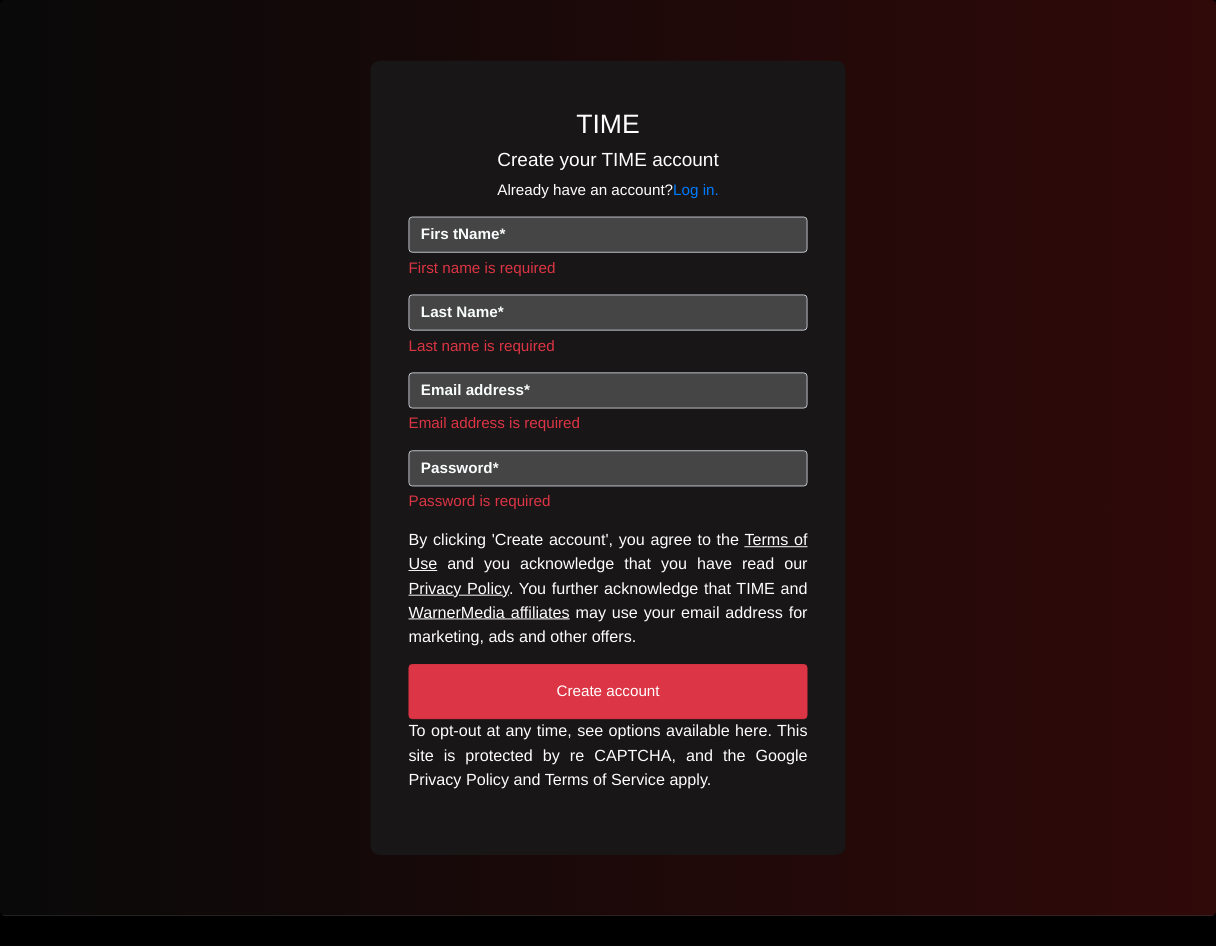
Repository: Vu14082002/WebTinTuc
Page: html/SignUp.html
An editor plug-in stored every save of this project. The page is shown before and after a run of saves, followed by the edit.
The browser window is 1280 px wide. The pictures show the whole page, at 95% of full size.
Some web libraries are served in a nearby version.

Above is the page before, as saved 2022-04-09 14:20:49.

### html/SignUp.html
<!DOCTYPE html>
<html lang="en">
<head>
    <meta charset="UTF-8">
    <meta http-equiv="X-UA-Compatible" content="IE=edge">
    <meta name="viewport" content="width=device-width, initial-scale=1.0">
    <title>Create a TIME account | TIME</title>
    <link
    rel="stylesheet"
    href="https://pro.fontawesome.com/releases/v5.10.0/css/all.css"
    integrity="sha384-AYmEC3Yw5cVb3ZcuHtOA93w35dYTsvhLPVnYs9eStHfGJvOvKxVfELGroGkvsg+p"
    crossorigin="anonymous"
  />
    <script src="../bootstrap-4/js/jquery-3.6.0.min.js"></script>
    <script src="../bootstrap-4/js/bootstrap.min.js"></script>
    <link rel="stylesheet" href="../bootstrap-4/css/bootstrap.min.css">
    <link rel="stylesheet" href="../css/index_Footer.css">
    <link rel="stylesheet" href="../css/init.css">
    <link rel="stylesheet" href="../css/index_Header.css">
    <link rel="stylesheet" href="../css/login.css">
    <link rel="stylesheet" href="../css/login.css">
    <link rel="icon" href="../Image/logo.png" type="image/gif" sizes="16x16">
</head>
<body>
    <div class="container-fluid jumbotron">
        <div class="box text-center">
            <h3>TIME</h3>
            <h5>Create your TIME account</h5>
            <p>Already have an account?<a href="../html/login.html">Log in.</a></p>
            <div class="form-group ">
                <input type="text" id="FirstName" placeholder="Firs tName*  " class="form-control  text-light "  required >
                <p class="text-left mt-1">
                    <span id="checkEmail"  class="checkLogin text-left text-right mb-2 text-danger" >First name is required</span>
                </p>
                <input type="text" id="LasttName" placeholder="Last Name* " class="form-control  text-light "  required >
                <p class="text-left mt-1">
                    <span id="checkEmail"  class="checkLogin text-left text-right mb-2 text-danger" >Last name is required</span>
                </p>
                <input type="text" id="email" placeholder="Email address* " onchange="checkPass()" class="form-control  text-light "  required >
                <p class="text-left mt-1">
                    <span id="checkEmail"  class="checkLogin text-left text-right mb-2 text-danger" >Email address is required <span>
                </p>
                <input type="password" id="pass"  placeholder="Password*" class="form-control text-light"  required>
                <p class="text-left mt-1">
                    <span id="checkEmail"  class="checkLogin text-left text-right mb-2 text-danger" >Password is required <span>
                </p>
                <p class=" text-justify">
                    By clicking 'Create account', you agree to the <a  class="theA" href="../html/TermsOfuse.html">Terms of Use</a> and you acknowledge that you have read our
                    <a  class="theA" href="https://www.warnermediaprivacy.com/policycenter/b2c/affiliateslist/">Privacy Policy</a>. You further acknowledge that TIME and <a  class="theA" href="../html/TermsOfuse.html">WarnerMedia affiliates</a> may use your email address for marketing,
                    ads and other offers.
                </p>
                <a href="../html/login.html"><button type="button" class="btn btn-danger w-100 p-3">Create account</button>  </a>
                <p class=" text-justify rieng">
                    To opt-out at any time, see options available here. This site is protected by re CAPTCHA, and the Google Privacy Policy and Terms of Service apply.
                </p>
            </div>

        </div>

    </div>
</body>
</html>

### css/index_Footer.css
footer {
    width: 100%;
    background-color: black;
}
.main{
    width: 85%;
    margin: 0 auto;
}
.main__top__search {
    padding-top: 60px;
    width: 100%;
}
.main__top__search >input {
    width: 100%;
    height: 35px;
    padding: 0 8px;
    border-radius: 3px ;
    outline: none;
}
.main__top__search1{
    display: flex;
    flex-direction: row-reverse;
    margin-top: -25px;
    margin-right: 10px;
    font-weight: bold;
    color: rgba(103, 85, 76,1);
    cursor: pointer;
}
.main__mid{
    margin: 35px 0px;
    margin-bottom: 40px;
}
.main__mid {
    display: flex;
    flex-wrap: wrap;
}
.main__mid > div {
    width: calc(100%/7);
    font-size: 14px;
    color: white;
    margin-bottom: 20px;

}
.main__mid > div  a {
    color: rgb(230 230 230);
    display: inline-block;
    margin-bottom: 8px;
}
.main__mid > div  > a {
    font-size: 16px;
    font-weight: 700;
    transition: 0.3s;
}
.main__mid > div  a:hover {
    text-decoration: underline;
    color: white;
}
.main__bottom {
    border-top: 1px solid rgb(230, 230, 230);
    display: flex;
    flex-direction: row-reverse;
    padding: 40px 0px;
}
.main__bottom > div > a, .main__bottom > div{
    width: 3%;
    max-width: 15%;
    margin: 5px;
    font-size: 25px;
    color: rgb(230, 230, 230)
}
.main__bottom > div >a :hover{
    color: white;
}
.main__bottom > div:last-child{
    font-weight: bold;
    font-size: 20px;
    text-align: center;
    width: 20%;
    margin-right: 10px;
    border-right: 1px solid rgb(230, 230, 230) ;
}

### css/init.css
* {
    font-family: Helvetica, Helvetica, Arial, sans-serif;
    box-sizing: border-box;
    list-style-type: none;
    margin: 0;
    padding: 0;
    text-decoration:  none;
  }

### css/index_Header.css
/* HEADER */
header{
    position: sticky; top: 0;
}
.gif {
  background-color: #262626;
  width: 100%;
  height: 300px;
  padding: 25px;
  text-align: center;
  margin-top: 0px;

}
 .gif > img {
    display: inline-block;
    margin: 0 auto;
}
header > section {
  border-bottom: 1px solid rgb(230 230 230);

  width: 100%;
  background-color: #0c0c0c;
  display: flex;
  height: 56px;
}
header > section > nav {
    display: flex;
    /* border-bottom: 1px solid white; */
    width: 85%;
    margin:0  auto ;

}
header > section > nav > ul:first-child{
    width: 80%;
    display: flex;
}
header > section > nav > ul:last-child{
    display: flex;
    flex-direction:  row-reverse;
    width: 20%;
}

header > section > nav> ul > li{
    max-width: 300px;
}
/* paddingMenu */
header > section > nav> ul> li:first-child{
    background: #CC0000;
    padding-bottom: 55px;
}
header > section > nav> ul > li > a {
    font-size: 16px;
    text-decoration:  none;
    display: block;
    padding: 18px;
    color: #e4dfd7;
}
header > section > nav> ul > li:first-child > a{
    color: white;
}
header > section > nav> ul > li > a:hover{
    color: white;
}

### css/login.css
body{
    background-color: black;
}
.container-fluid{
    background-image: linear-gradient(to right, #090909 , #300909);
    border-radius: none;
}
.box{
    width: 500px;
    margin: 0 auto;
    background-color: #181616;
    padding: 50px 40px;
        color: white;
    border-radius: 10px;
}
.box input[type="text"],.box input[type="password"]{
    background-color: #464546;
}
.checkLogin{
    color: rgb(207, 90, 90);
}
.box ::placeholder {
    font-weight: 700;
    color: #fafdfd;
    opacity: 1; /* Firefox */
}
.box  :-ms-input-placeholder { /* Internet Explorer 10-11 */
    color: #fafdfd;
}
.box ::-ms-input-placeholder { /* Microsoft Edge */
    color: #fafdfd;
}
.box input:focus{
    color: #fafdfd;
}
.search{
    margin-top: -3px;
}
button > a{
    text-decoration: none;
    color: white;
}
.theA{
    color: white;
    text-decoration:underline;
}
.theA:hover{
    color: #d7d8d8;
}
.text-justify{
    font-size: 17px;
}
.rieng{

}

Loaded but not shown: bootstrap-4/js/jquery-3.6.0.min.js (library); bootstrap-4/js/bootstrap.min.js (library); bootstrap-4/css/bootstrap.min.css (library)

After the next 2 saves:
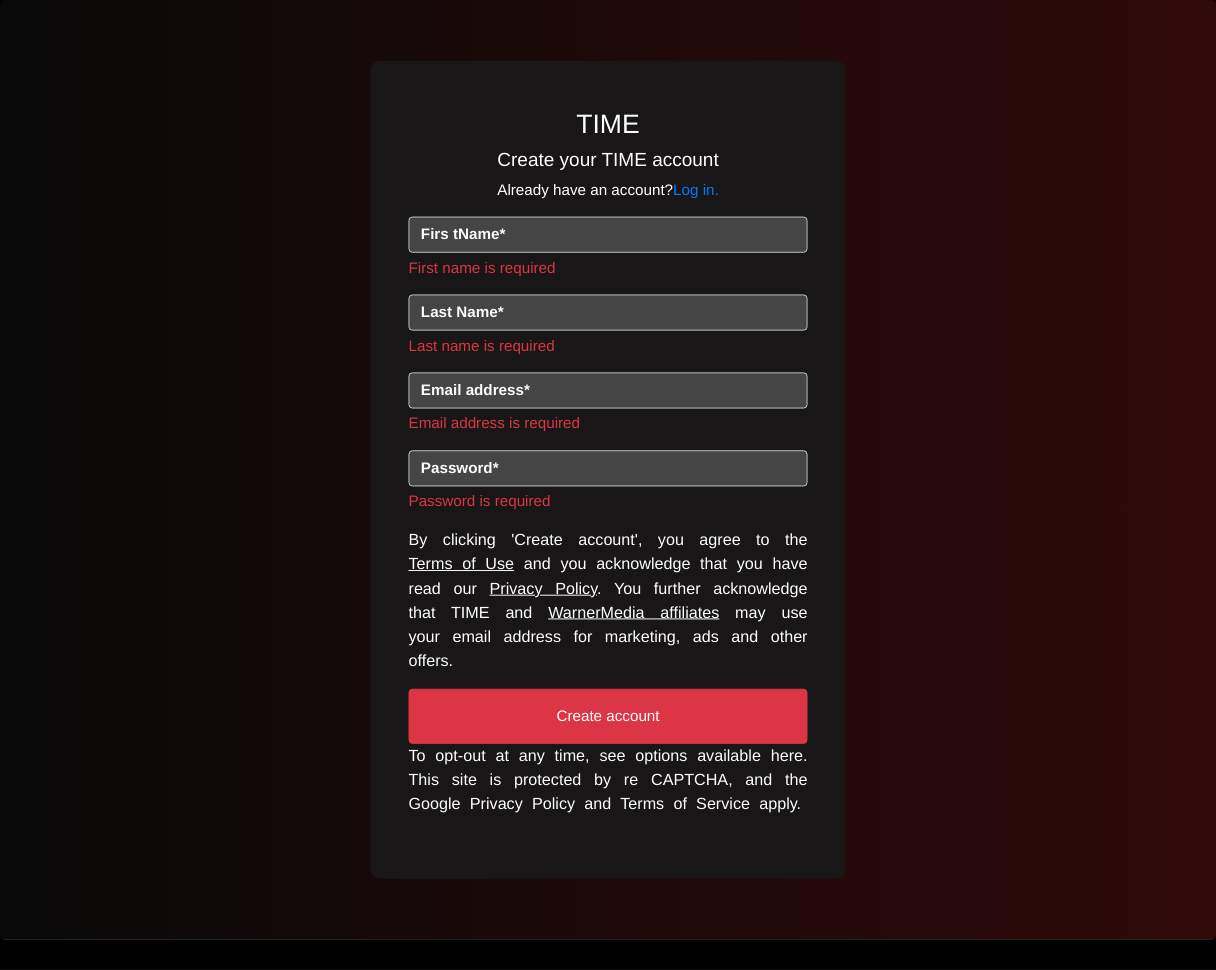
The 2 saves are shown as one change because they came seconds apart.
The last was saved 15 s later.
--- a/css/login.css
+++ b/css/login.css
@@ -49,6 +49,7 @@
 }
 .text-justify{
     font-size: 17px;
+    word-spacing: 5px;
 }
 .rieng{
 
